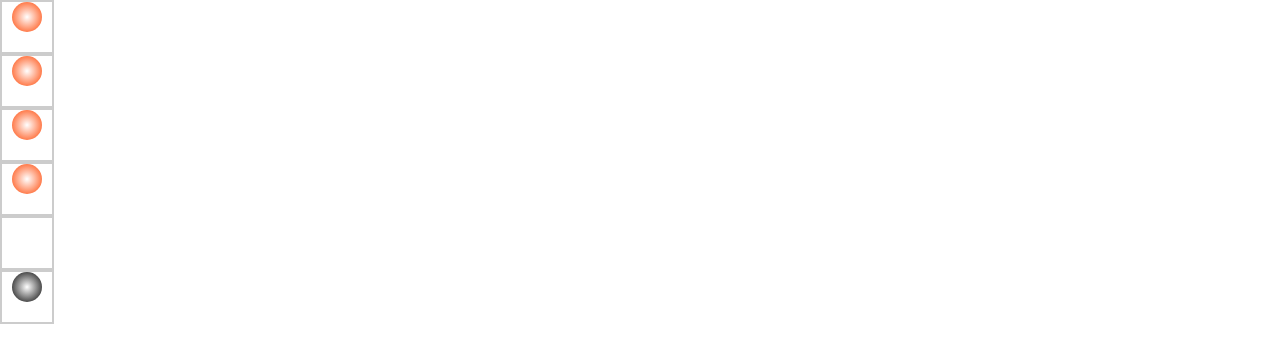
Repository: Gstring-w/TypeScript-React-ThreeWordGame
Page: / (app in my-app/)
An editor plug-in stored every save of this project. The page is shown before and after the next save, followed by the edit.
The browser window is 1280 px wide. The pictures show the whole page.
The project was rebuilt for these pictures with package versions that can differ from the ones it lists, and the page was loaded fresh each time.

Above is the page before, as saved 2019-07-01 14:57:27.

After the next save:
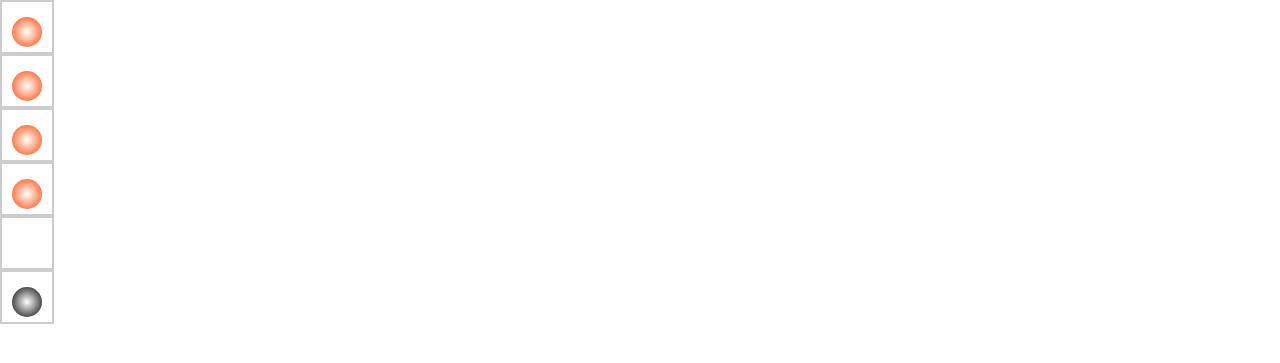
Saved 11 s later.
--- a/my-app/src/components/Chess.css
+++ b/my-app/src/components/Chess.css
@@ -10,7 +10,7 @@
   height: 30px;
   border-radius: 50%;
   background: radial-gradient(#fff, #f40);
-  margin: auto;
+  margin: 15px auto;
 }
 
 .black {
